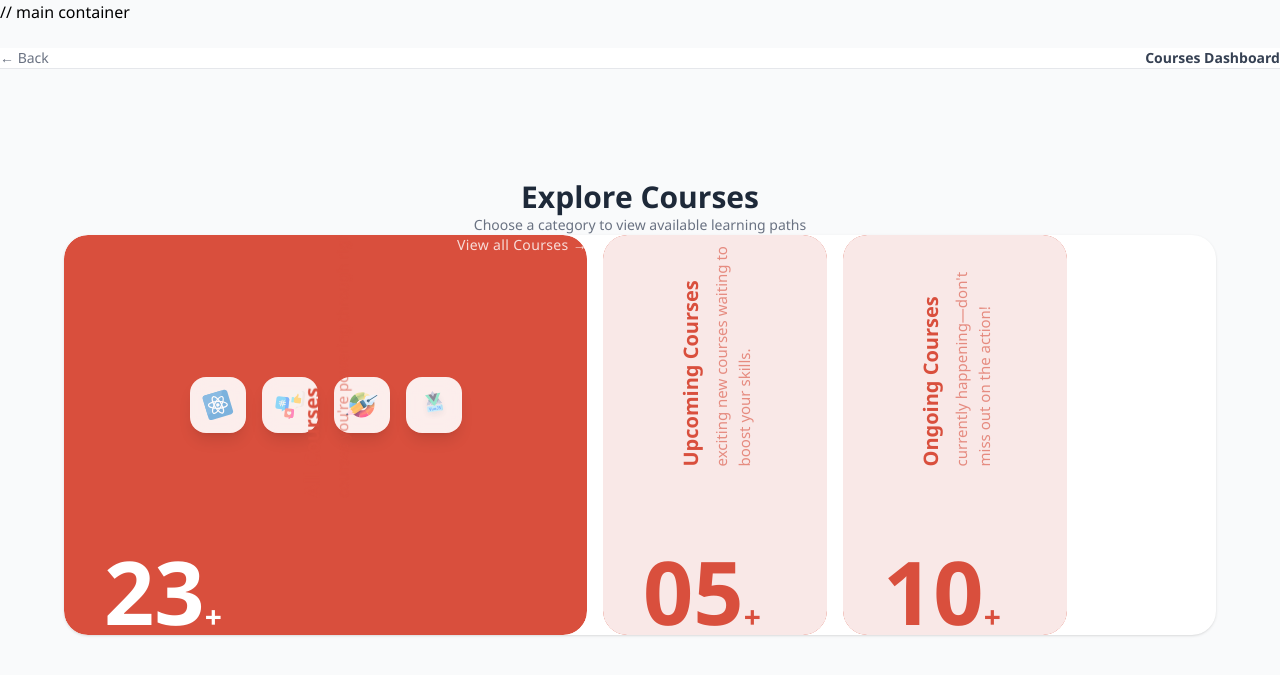
Repository: RahulRajKhadka/nextjs-dashboard-app
Page: /task2
An editor plug-in stored every save of this project. The page is shown before and after the next save, followed by the edit.
The browser window is 1280 px wide. The pictures show the whole page.
The project was rebuilt for these pictures with package versions that can differ from the ones it lists, and the page was loaded fresh each time. The framework's server and built-in components were replaced by stand-ins that run in the browser. Also part of the build but not shown: next.config.ts.

Above is the page before, as saved 2026-04-11 12:33:06.

After the next save:
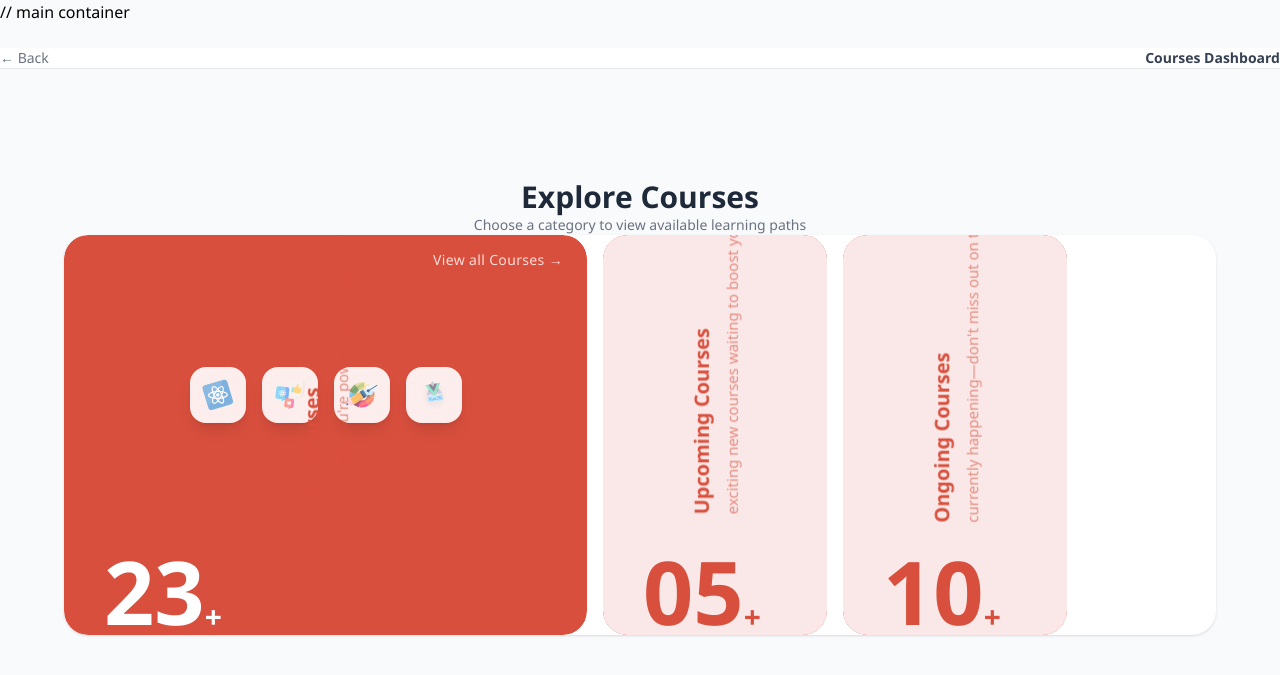
Saved 3 min 18 s later.
--- a/src/components/task2/CourseCard.tsx
+++ b/src/components/task2/CourseCard.tsx
@@ -37,13 +37,11 @@ export default function CourseCard({
     setNumberRef(numberRef.current);
   }, [setLabelRef, setNumberRef]);
 
-  // Internal animations (circle, number colour, topbar, icons) – label is handled by parent
+  // Internal animations
   useLayoutEffect(() => {
     if (!numberRef.current || !circleRef.current) return;
 
     if (isExpanded) {
-
-
       const tl = gsap.timeline();
       gsap.set(expandedViewRef.current, { display: "grid" });
 
@@ -58,26 +56,29 @@ export default function CourseCard({
         duration: 0.3,
       }, 0.2);
 
-     if (direction === "left") {
-  tl.fromTo(topbarRef.current,
-    { opacity: 0, x: 60 },
-    { opacity: 1, x: 0, duration: 0.5, ease: "power2.out" },
-    0.3
-  );
-} else {
-  gsap.set(topbarRef.current, { opacity: 1, x: 0 });
-}
+      // only animate topbar and icons when expanding to the left
+      if (direction === "left") {
+        tl.fromTo(topbarRef.current,
+          { opacity: 0, x: 60 },
+          { opacity: 1, x: 0, duration: 0.5, ease: "power2.out" },
+          0.3
+        );
 
-      const iconsFromX = direction === "left" ? 120 : -120;
-      gsap.set(iconsRef.current, { x: iconsFromX, opacity: 0 });
-      iconsRef.current.forEach((icon, i) => {
-        tl.to(icon, {
-          x: 0,
-          opacity: 1,
-          duration: 0.4,
-          ease: "power2.out",
-        }, 0.4 + i * 0.08);
-      });
+        gsap.set(iconsRef.current, { x: 120, opacity: 0 });
+        iconsRef.current.forEach((icon, i) => {
+          tl.to(icon, {
+            x: 0,
+            opacity: 1,
+            duration: 0.4,
+            ease: "power2.out",
+          }, 0.4 + i * 0.08);
+        });
+      } else {
+        // right side — just sit there, no animation
+        gsap.set(topbarRef.current, { opacity: 1, x: 0 });
+        gsap.set(iconsRef.current, { x: 0, opacity: 1 });
+      }
+
     } else {
       const tl = gsap.timeline();
 
@@ -94,7 +95,7 @@ export default function CourseCard({
 
       tl.set(expandedViewRef.current, { display: "none" }, 0.3);
       tl.set(iconsRef.current, { clearProps: "x,opacity" }, 0.4);
-      tl.set(topbarRef.current, { clearProps: "x,y,opacity" }, 0.4);
+      tl.set(topbarRef.current, { clearProps: "x,opacity" }, 0.4);
     }
   }, [isExpanded, direction, course.textColor]);
 
@@ -111,44 +112,47 @@ export default function CourseCard({
         style={{ backgroundColor: course.bg, clipPath: "circle(150% at 0% 100%)" }}
       />
 
-{/* Label */}
-<div className="absolute top-20 left-0 right-0 z-[3] flex justify-center pt-6 pointer-events-none">
-  <div
-    ref={collapsedLabelRef}
-    className="flex flex-col gap-1"
-    style={{ transform: "rotate(-90deg)", color: course.textColor }}
-  >
-    <span className="font-bold text-[20px] ">{course.label}</span>
-    <p className="text-[15px] opacity-60 ">{course.sublabel}</p>
-  </div>
-</div>
+      {/* Label */}
+      <div className="absolute top-20 left-0 right-0 z-[3] flex justify-center pt-6 pointer-events-none">
+        <div
+          ref={collapsedLabelRef}
+          className="flex flex-col gap-1"
+          style={{ transform: "rotate(-90deg)", color: course.textColor }}
+        >
+          <span className="font-bold text-[20px] whitespace-nowrap">{course.label}</span>
+          <p className="text-[15px] opacity-60 whitespace-nowrap">{course.sublabel}</p>
+        </div>
+      </div>
 
-{/* Number  */}
-<div
-  ref={numberRef}
-  className="absolute bottom-0 left-10 z-[3] pb-6 pl-6 pointer-events-none"
-  style={{ color: course.textColor }}
->
-  <div className="flex items-end">
-    <span className="font-black leading-none" style={{ fontSize: "clamp(3.5rem,7vw,5.5rem)" }}>
-      {String(course.count).padStart(2, "0")}
-    </span>
-    <span className="font-black text-3xl mb-2 ml-1">+</span>
-  </div>
-</div>
+      {/* Number */}
+      <div
+        ref={numberRef}
+        className="absolute bottom-0 left-10 z-[3] pb-6 pl-6 pointer-events-none"
+        style={{ color: course.textColor }}
+      >
+        <div className="flex items-end">
+          <span className="font-black leading-none" style={{ fontSize: "clamp(3.5rem,7vw,5.5rem)" }}>
+            {String(course.count).padStart(2, "0")}
+          </span>
+          <span className="font-black text-3xl mb-2 ml-1">+</span>
+        </div>
+      </div>
 
-      {/* EXPANDED VIEW */}
+      {/* Expanded View */}
       <div
         ref={expandedViewRef}
         className="absolute inset-0 z-[2] p-5"
         style={{ display: isExpanded ? "grid" : "none", gridTemplateRows: "auto 1fr auto" }}
       >
-        <div ref={topbarRef} className="flex justify-end mt-40 opacity-0">
+        {/* Topbar */}
+        <div ref={topbarRef} className="absolute top-3 right-6">
           <span className="text-white/80 text-sm font-medium tracking-wide">
             View all Courses →
           </span>
         </div>
-        <div className="flex gap-4 items-center justify-center">
+
+        {/* Icons */}
+        <div className="flex gap-4 items-center justify-center" style={{ gridRow: "2" }}>
           {course.icons?.map((iconPath, i) => (
             <span
               key={i}
@@ -159,7 +163,8 @@ export default function CourseCard({
             </span>
           ))}
         </div>
-        <div className="h-20" />
+
+        <div className="h-20" style={{ gridRow: "3" }} />
       </div>
     </div>
   );
